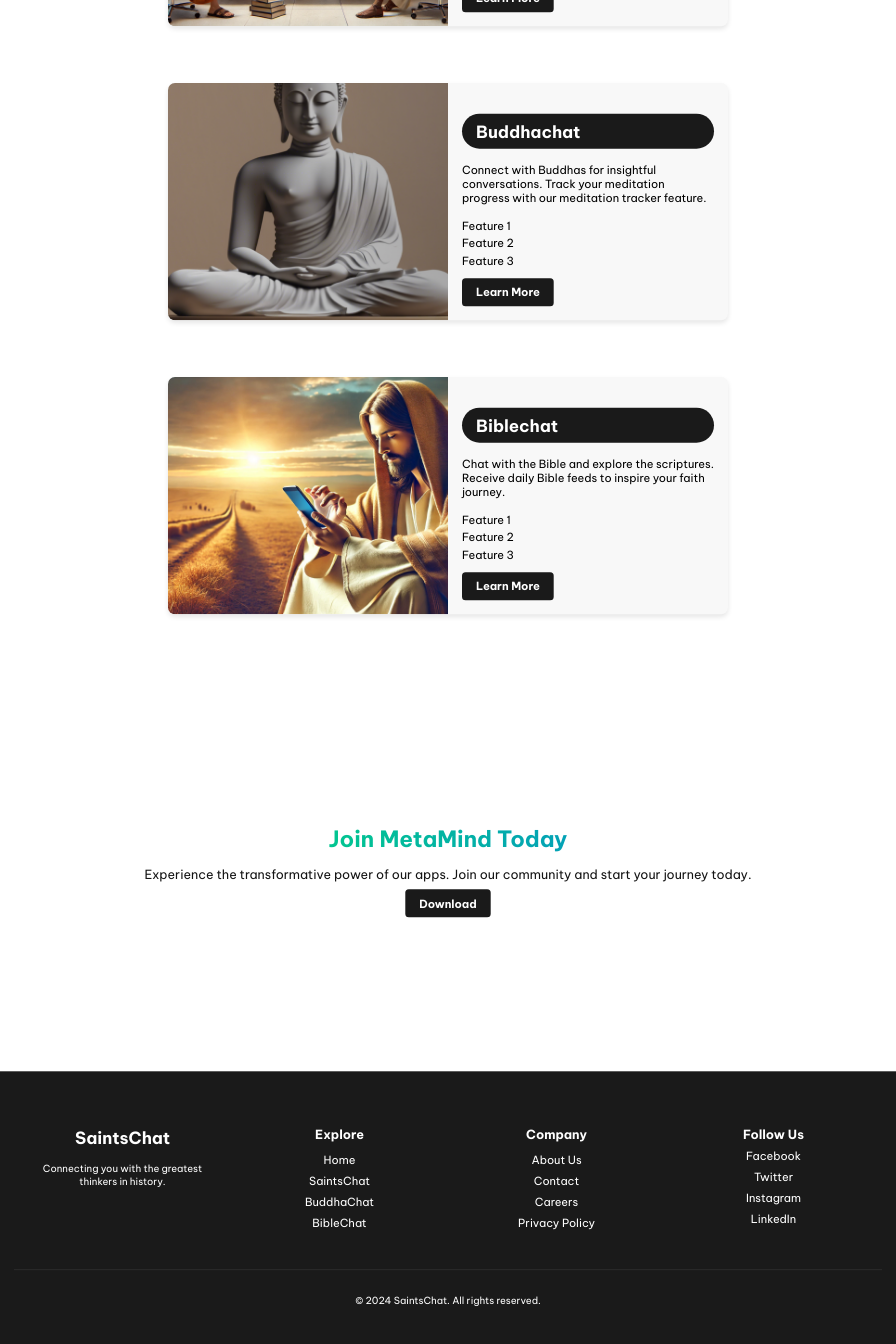
Repository: HSfac/EthosMindWeb
Page: /
These files come from the project's save history. The page is drawn as it stood at one moment and after the next save; the edit follows.
The browser window is 1280 px wide. The pictures show the part of the page from y = 1289 to 3209 px (the page is 3209 px tall), at 70% of full size.
The project was rebuilt for these pictures with package versions that can differ from the ones it lists, and the page was loaded fresh each time. Also part of the build but not shown: src/pages/SaintsChat.css, src/pages/SaintsChat.jsx, src/pages/BuddhaChat.css, src/pages/BuddhaChat.jsx, src/pages/BibleChat.css, src/pages/BibleChat.jsx, src/pages/Download.css, src/pages/Download.jsx.

Above is the page before, as saved 2024-07-21 22:52:28.

### src/index.css
@import url('https://fonts.googleapis.com/css2?display=swap&family=Be+Vietnam+Pro:wght@400;500;700;900&family=Noto+Sans:wght@400;500;700;900');

body {
  font-family: "Be Vietnam Pro", "Noto Sans", sans-serif;
  margin: 0;
  padding: 0;
  box-sizing: border-box;
}

### src/App.jsx
import React from 'react';
import { BrowserRouter as Router, Route, Routes } from 'react-router-dom';
import Home from './pages/Home.jsx';
import SaintsChat from './pages/SaintsChat.jsx';
import BuddhaChat from './pages/BuddhaChat.jsx';
import BibleChat from './pages/BibleChat.jsx';
import Download from './pages/Download.jsx'; // Download 페이지를 추가합니다.
import Header from './components/Header.jsx';
import Footer from './components/Footer.jsx';

function App() {
  return (
    <Router>
      <Header />
      <Routes>
        <Route path="/" element={<Home />} />
        <Route path="/saintschat" element={<SaintsChat />} />
        <Route path="/buddhachats" element={<BuddhaChat />} />
        <Route path="/biblechats" element={<BibleChat />} />
        <Route path="/download" element={<Download />} /> {/* Download 페이지를 추가합니다. */}
      </Routes>
      <Footer />
    </Router>
  );
}

export default App;

### src/pages/Home.jsx
import React from 'react';
import './Home.css';
import { Link } from 'react-router-dom';
import heroImage from '../assets/images/hero-image-land.png';
import philochatScreenshot from '../assets/images/ph-image-dl.png';
import buddhachatScreenshot from '../assets/images/buddha-hero-image.png';
import biblechatScreenshot from '../assets/images/jesus-image-dl.png';

function Home() {
  return (
    <main className="home-main">
      {/* Hero Section */}
      <section className="home-hero" style={{ backgroundImage: `url(${heroImage})` }}>
        <div className="home-hero-content">
          <h1 className="home-hero-title">Welcome to MetaMind</h1>
          <p className="home-hero-description">Explore our innovative apps designed to enrich your spiritual journey and philosophical discussions.</p>
          <div className="home-hero-search">
            <input type="text" placeholder="Chat with great thinkers" />
            <Link to="/download" className="home-hero-button">Download</Link>
          </div>
        </div>
      </section>

      {/* App Introduction Section */}
      <section id="home-app-introduction" className="home-app-introduction">
        <h2 className="home-section-title">Featured Apps</h2>
        <div className="home-app-cards">
          <div className="home-app-card">
            <div className="home-app-image-container">
              <img src={philochatScreenshot} alt="Philochat App Screenshot" className="home-app-image" />
            </div>
            <div className="home-app-info">
              <h3 className="home-app-title">Philochat</h3>
              <p className="home-app-description">Engage in profound philosophical discussions with AI philosophers. Receive daily philosophy feeds and interact with a vibrant community.</p>
              <ul className="home-app-features">
                <li>Feature 1</li>
                <li>Feature 2</li>
                <li>Feature 3</li>
              </ul>
              <Link to="/saintschat" className="home-learn-more-button" onClick={() => window.scrollTo(0, 0)}>Learn More</Link>
            </div>
          </div>
          <hr className="home-divider" />

          <div className="home-app-card">
            <div className="home-app-image-container">
              <img src={buddhachatScreenshot} alt="Buddhachat App Screenshot" className="home-app-image" />
            </div>
            <div className="home-app-info">
              <h3 className="home-app-title">Buddhachat</h3>
              <p className="home-app-description">Connect with Buddhas for insightful conversations. Track your meditation progress with our meditation tracker feature.</p>
              <ul className="home-app-features">
                <li>Feature 1</li>
                <li>Feature 2</li>
                <li>Feature 3</li>
              </ul>
              <Link to="/buddhachats" className="home-learn-more-button" onClick={() => window.scrollTo(0, 0)}>Learn More</Link>
            </div>
          </div>
          <hr className="home-divider" />

          <div className="home-app-card">
            <div className="home-app-image-container">
              <img src={biblechatScreenshot} alt="Biblechat App Screenshot" className="home-app-image" />
            </div>
            <div className="home-app-info">
              <h3 className="home-app-title">Biblechat</h3>
              <p className="home-app-description">Chat with the Bible and explore the scriptures. Receive daily Bible feeds to inspire your faith journey.</p>
              <ul className="home-app-features">
                <li>Feature 1</li>
                <li>Feature 2</li>
                <li>Feature 3</li>
              </ul>
              <Link to="/biblechats" className="home-learn-more-button" onClick={() => window.scrollTo(0, 0)}>Learn More</Link>
            </div>
          </div>
        </div>
      </section>

      {/* Call to Action Section */}
      <section className="home-cta-section">
        <h2 className="home-cta-title">Join MetaMind Today</h2>
        <p className="home-cta-description">Experience the transformative power of our apps. Join our community and start your journey today.</p>
        <div className="home-cta-buttons">
          <Link to="/download" className="home-cta-button">Download</Link>
        </div>
      </section>
    </main>
  );
}

export default Home;

### src/components/Header.jsx
import React from 'react';
import { Link } from 'react-router-dom';
import './Header.css';

function Header() {
  return (
    <header className="header">
      <h1 className="header-title">MetaMind</h1>
      <nav className="nav">
        <ul className="nav-list">
          <li className="nav-item"><Link to="/">Home</Link></li>
          <li className="nav-item"><Link to="/saintschat">PhiloChat</Link></li>
          <li className="nav-item"><Link to="/buddhachats">BuddhaChat</Link></li>
          <li className="nav-item"><Link to="/biblechats">BibleChat</Link></li>
          <li className="nav-item header-download-button"><Link to="/download">Download</Link></li>
          <li className="nav-item"><button className="toggle-button" onClick={() => document.body.classList.toggle('dark-mode')}>🌓</button></li>
        </ul>
      </nav>
    </header>
  );
}

export default Header;

### src/components/Footer.jsx
import React from 'react';
import { Link } from 'react-router-dom';
import './Footer.css';

function Footer() {
  return (
    <footer className="footer">
      <div className="footer-content">
        <div className="footer-section">
          <h2 className="footer-title">SaintsChat</h2>
          <p className="footer-description">Connecting you with the greatest thinkers in history.</p>
        </div>
        <div className="footer-section">
          <h3 className="footer-subtitle">Explore</h3>
          <ul className="footer-links">
            <li><Link to="/">Home</Link></li>
            <li><Link to="/saintschat">SaintsChat</Link></li>
            <li><Link to="/buddhachats">BuddhaChat</Link></li>
            <li><Link to="/biblechats">BibleChat</Link></li>
          </ul>
        </div>
        <div className="footer-section">
          <h3 className="footer-subtitle">Company</h3>
          <ul className="footer-links">
            <li><Link to="/about">About Us</Link></li>
            <li><Link to="/contact">Contact</Link></li>
            <li><Link to="/careers">Careers</Link></li>
            <li><Link to="/privacy">Privacy Policy</Link></li>
          </ul>
        </div>
        <div className="footer-section">
          <h3 className="footer-subtitle">Follow Us</h3>
          <div className="footer-social">
            <a href="https://facebook.com" target="_blank" rel="noopener noreferrer">Facebook</a>
            <a href="https://twitter.com" target="_blank" rel="noopener noreferrer">Twitter</a>
            <a href="https://instagram.com" target="_blank" rel="noopener noreferrer">Instagram</a>
            <a href="https://linkedin.com" target="_blank" rel="noopener noreferrer">LinkedIn</a>
          </div>
        </div>
      </div>
      <div className="footer-bottom">
        <p>&copy; 2024 SaintsChat. All rights reserved.</p>
      </div>
    </footer>
  );
}

export default Footer;

### src/pages/Home.css
.home-main {
  padding: 20px 40px;
}

.home-hero {
  background: linear-gradient(rgba(0, 0, 0, 0.1) 0%, rgba(0, 0, 0, 0.4) 100%), center/cover no-repeat;
  color: #ffffff;
  text-align: center;
  padding: 60px 20px;
  border-radius: 10px;
  margin-bottom: 40px;
  background-size: cover; /* 이미지가 섹션을 완전히 덮도록 설정 */
  background-position: center; /* 이미지가 중심에 위치하도록 설정 */
  min-height: 70vh; /* 히어로 섹션의 최소 높이를 70vh로 설정 */
  display: flex;
  justify-content: center;
  align-items: center;
}

.home-hero-content {
  max-width: 600px;
  margin: 0 auto;
}

.home-hero-title {
  font-size: 40px;
  font-weight: 900;
}

.home-hero-description {
  font-size: 18px;
  margin: 10px 0;
}

.home-hero-search {
  display: flex;
  justify-content: center;
  margin-top: 20px;
}

.home-hero-search input {
  padding: 10px;
  font-size: 16px;
  border: none;
  border-radius: 5px 0 0 5px;
  outline: none;
}

.home-hero-button {
  padding: 10px 20px;
  font-size: 16px;
  border: none;
  background-color: #1a1a1a;
  color: #ffffff;
  border-radius: 0 5px 5px 0;
  cursor: pointer;
  text-decoration: none;
}

.home-hero-button:hover {
  background-color: #333333;
  transform: scale(1.05);
  transition: background-color 0.3s, transform 0.3s;
}

.home-app-introduction {
  margin: 40px 0;
  margin-top: 200px;
  margin-bottom: 200px;
}

.home-section-title {
  font-size: 32px;
  font-weight: bold;
  text-align: center;
  margin-bottom: 20px;
  background: linear-gradient(90deg, #ff8a00, #e52e71);
  -webkit-background-clip: text;
  -webkit-text-fill-color: transparent;
}

.home-app-cards {
  display: flex;
  flex-direction: column;
  align-items: center;
  gap: 20px;
}

.home-app-card {
  display: flex;
  background-color: #f8f8f8;
  border-radius: 10px;
  box-shadow: 0 4px 8px rgba(0, 0, 0, 0.1);
  max-width: 800px;
  width: 100%;
  overflow: hidden;
}

.home-app-image-container {
  flex: 1;
  min-width: 50%;
}

.home-app-image {
  width: 100%;
  height: 100%;
  object-fit: cover;
}

.home-app-info {
  flex: 1;
  padding: 20px;
  display: flex;
  flex-direction: column;
  justify-content: center;
  color: black;
}

.home-app-title {
  font-size: 24px;
  font-weight: bold;
  background-color: #1a1a1a;
  color: #ffffff;
  padding: 10px 20px;
  border-radius: 50px;
  display: inline-block;
  margin-bottom: 10px;
  white-space: nowrap;
}

.home-app-description {
  font-size: 16px;
  margin: 10px 0;
  color: black;
}

.home-app-features {
  list-style: none;
  padding: 0;
  margin: 10px 0;
}

.home-app-features li {
  font-size: 16px;
  margin-bottom: 5px;
}

.home-learn-more-button {
  background-color: #1a1a1a;
  color: #ffffff;
  padding: 10px 20px;
  border: none;
  border-radius: 5px;
  cursor: pointer;
  font-size: 16px;
  font-weight: bold;
  text-decoration: none;
  align-self: flex-start;
  transition: background-color 0.3s, transform 0.3s;
}

.home-learn-more-button:hover {
  background-color: #333333;
  transform: scale(1.05);
}

.home-divider {
  border: 0;
  height: 1px;
  margin: 20px 0;
  background-color: rgba(0, 0, 0, 0.2);
}

.home-cta-section {
  margin: 40px 0;
  margin-top: 300px;
  margin-bottom: 200px;
  text-align: center;
}
.home-cta-title {
  font-size: 32px;
  font-weight: bold;
  margin-bottom: 20px;
  text-align: center;
  background: linear-gradient(90deg, #00f260, #0575e6);
  -webkit-background-clip: text;
  -webkit-text-fill-color: transparent;
}
.home-cta-description {
  font-size: 18px;
  margin: 10px 0;
}

.home-cta-buttons {
  display: flex;
  justify-content: center;
  gap: 10px;
}

.home-cta-button {
  background-color: #1a1a1a;
  color: #ffffff;
  padding: 10px 20px;
  border: none;
  border-radius: 5px;
  cursor: pointer;
  font-size: 16px;
  font-weight: bold;
  text-decoration: none;
  position: relative;
  transition: background-color 0.3s, transform 0.3s;
  overflow: hidden;
}

.home-cta-button::after {
  content: "";
  position: absolute;
  top: 50%;
  left: 50%;
  width: 300%;
  height: 300%;
  background: rgba(255, 255, 255, 0.15);
  opacity: 0;
  transform: translate(-50%, -50%) scale(0);
  transition: transform 0.5s, opacity 0.5s;
  border-radius: 50%;
}

.home-cta-button:hover::after {
  transform: translate(-50%, -50%) scale(1);
  opacity: 1;
}

@keyframes pop {
  0%, 100% {
    transform: scale(1);
  }
  50% {
    transform: scale(1.2);
  }
}

.home-cta-button:hover {
  background-color: #333333;
  animation: pop 0.6s ease-in-out infinite;
}

### src/components/Header.css
.header {
  display: flex;
  justify-content: space-between;
  align-items: center;
  padding: 10px 20px;
  border-bottom: 1px solid #ededed;
}

.header-title {
  font-size: 24px;
  font-weight: bold;
}

.nav {
  display: flex;
}

.nav-list {
  display: flex;
  list-style: none;
  margin: 0;
  padding: 0;
}

.nav-item {
  margin-left: 20px;
}

.nav-item a {
  text-decoration: none;
  color: var(--text-color);
  font-weight: 500;
}

.header-download-button a {
  padding: 8px 16px;
  border-radius: 20px;
  background-color: #1a1a1a;
  color: white;
}

.toggle-button {
  background: none;
  border: none;
  font-size: 18px;
  cursor: pointer;
  margin-left: 20px;
}

:root {
  --bg-color: white;
  --text-color: #141414;
}

.dark-mode {
  --bg-color: #141414;
  --text-color: white;
}

body {
  background-color: var(--bg-color);
  color: var(--text-color);
  transition: background-color 0.3s, color 0.3s;
}

### src/components/Footer.css
.footer {
  background-color: #1a1a1a;
  color: white;
  padding: 40px 20px;
  text-align: center;
}

.footer-content {
  display: flex;
  flex-wrap: wrap;
  justify-content: space-around;
  margin-bottom: 20px;
}

.footer-section {
  flex: 1;
  min-width: 200px;
  margin: 20px;
}

.footer-title {
  font-size: 24px;
  font-weight: bold;
}

.footer-description {
  font-size: 14px;
}

.footer-subtitle {
  font-size: 18px;
  font-weight: bold;
  margin-bottom: 10px;
}

.footer-links {
  list-style: none;
  padding: 0;
}

.footer-links li {
  margin-bottom: 10px;
}

.footer-links a {
  text-decoration: none;
  color: white;
}

.footer-social a {
  display: block;
  margin-bottom: 10px;
  text-decoration: none;
  color: white;
}

.footer-bottom {
  border-top: 1px solid #333;
  padding-top: 20px;
  font-size: 14px;
}

Loaded but not shown: public/index.html (common file); src/index.js (common file)

After the next save:
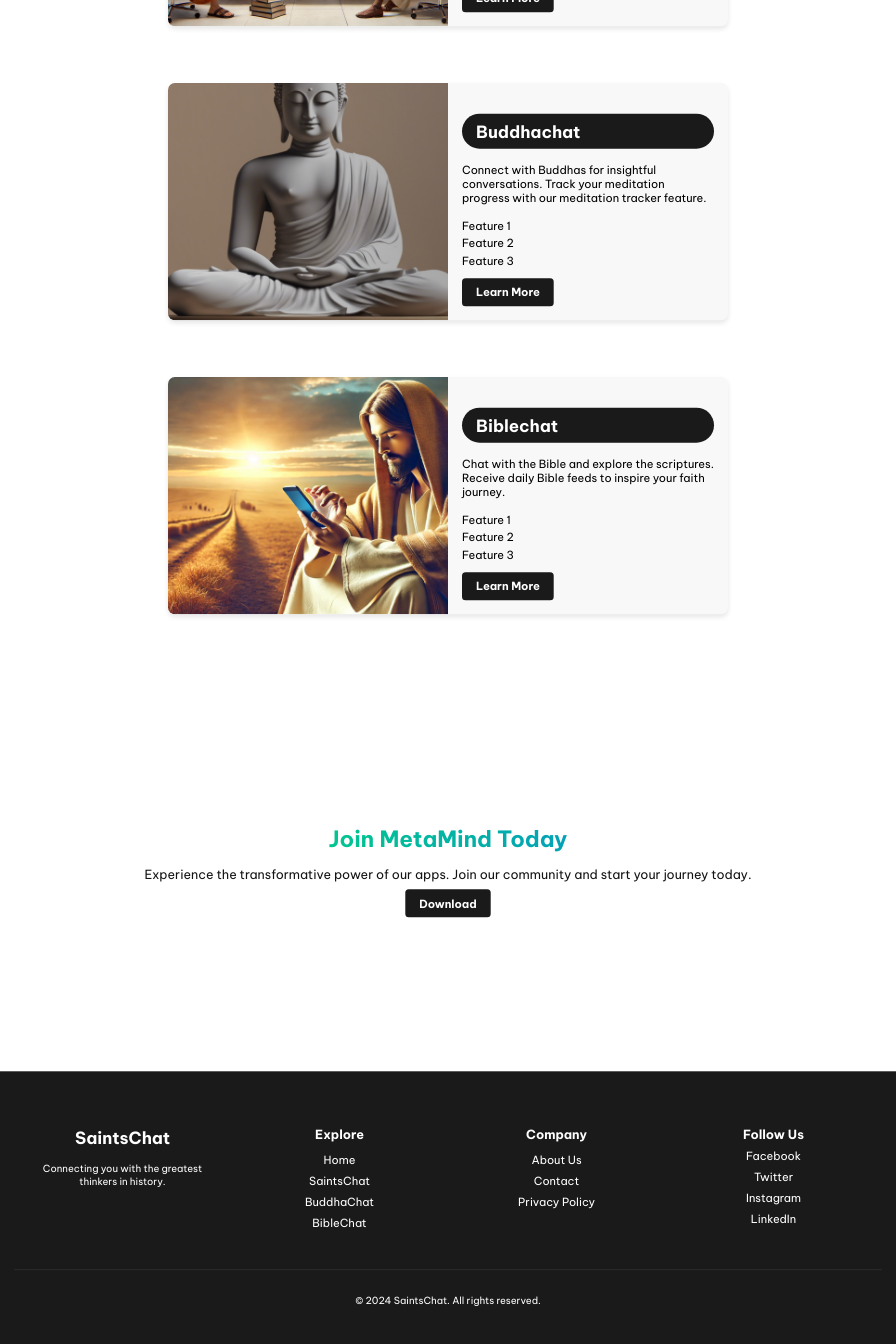
Saved 16 min 11 s later.
--- a/src/components/Footer.jsx
+++ b/src/components/Footer.jsx
@@ -24,7 +24,6 @@
           <ul className="footer-links">
             <li><Link to="/about">About Us</Link></li>
             <li><Link to="/contact">Contact</Link></li>
-            <li><Link to="/careers">Careers</Link></li>
             <li><Link to="/privacy">Privacy Policy</Link></li>
           </ul>
         </div>
